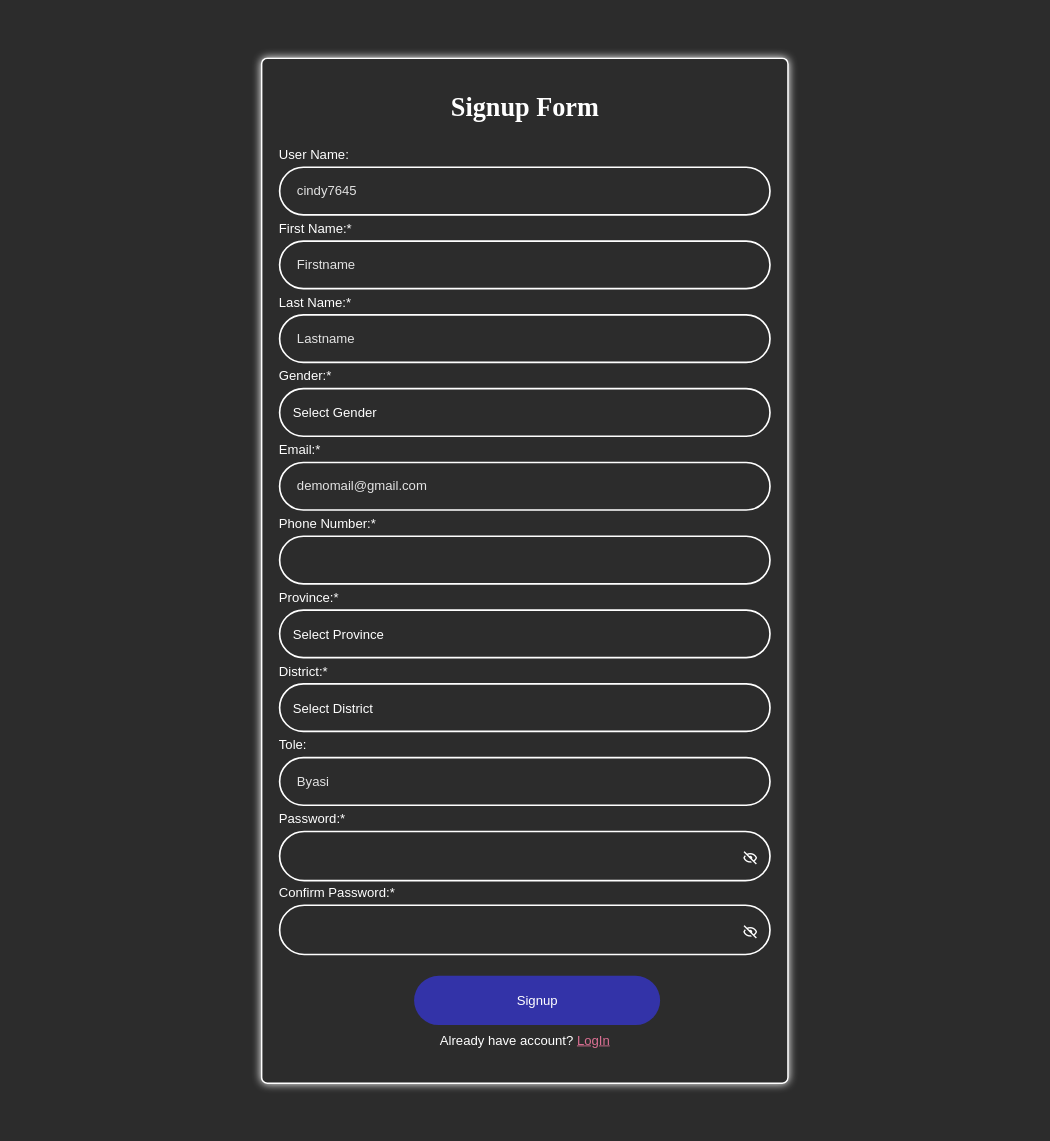
Repository: cindrellakoju/Animestore
Page: html css/signup.html
The author's editor kept a copy of each file at every save. The page is drawn from the files as they stood at one save, then again after the next save.
The browser window is 1280 px wide. The pictures show the whole page, at 82% of full size.

Above is the page before, as saved 2024-04-20 12:16:37.

After the next save:
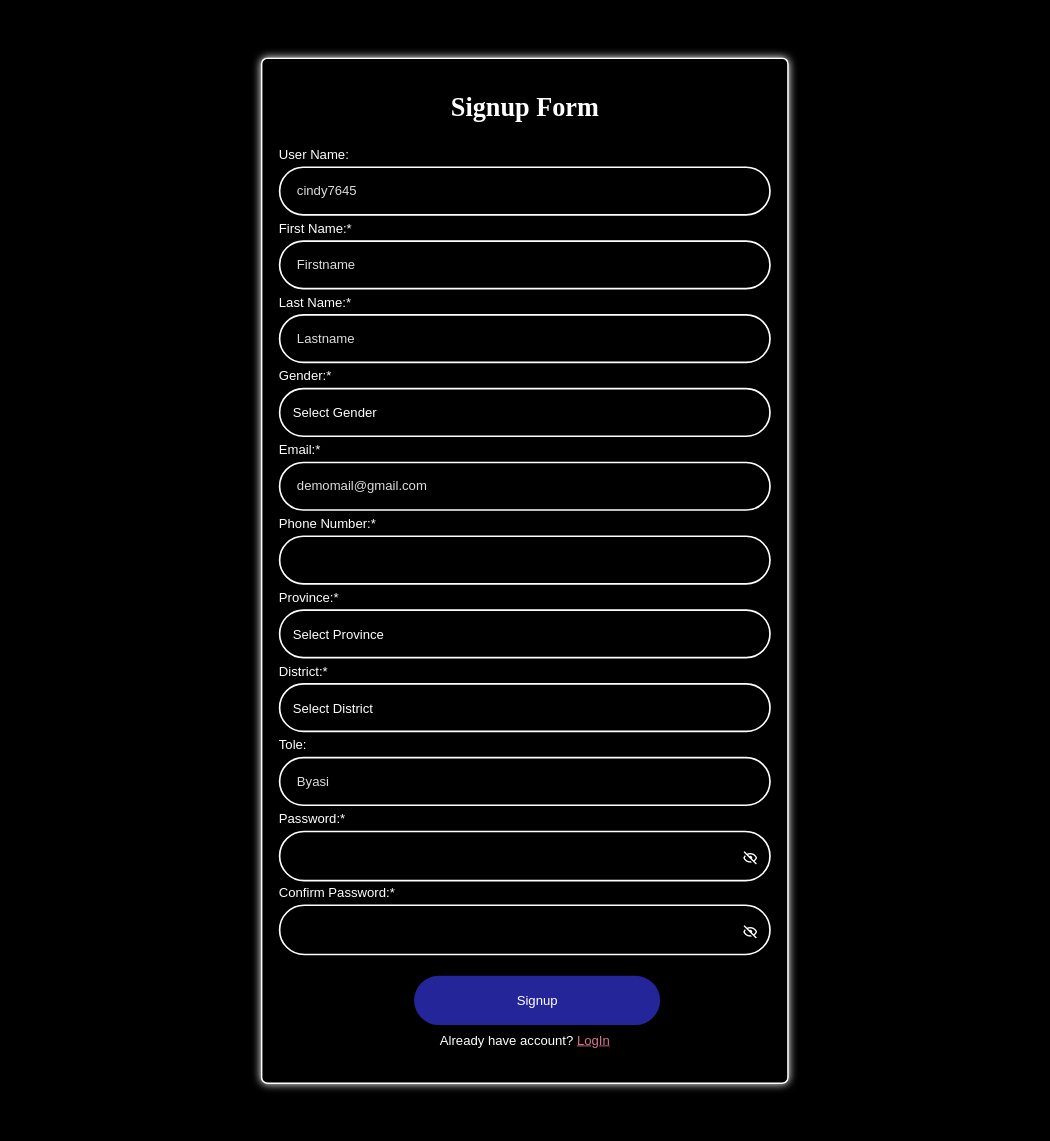
Saved 6 s later.
--- a/html css/signup.css
+++ b/html css/signup.css
@@ -5,7 +5,7 @@ body {
     padding: 20px;
     /* background-color: #f4f4f4; */
     min-height: 100vh;
-    background-color: #000000d3;
+    background-color: #000;
   }
 
   .container {
@@ -209,6 +209,6 @@ select:-webkit-autofill:hover,
 select:-webkit-autofill:focus {
     border: 2px solid white;
     -webkit-text-fill-color: white;
-    -webkit-box-shadow: 0 0 0px 1000px #000000d4 inset;
+    -webkit-box-shadow: 0 0 0px 1000px #000 inset;
     transition: background-color 5000s ease-in-out 0s;
 }
